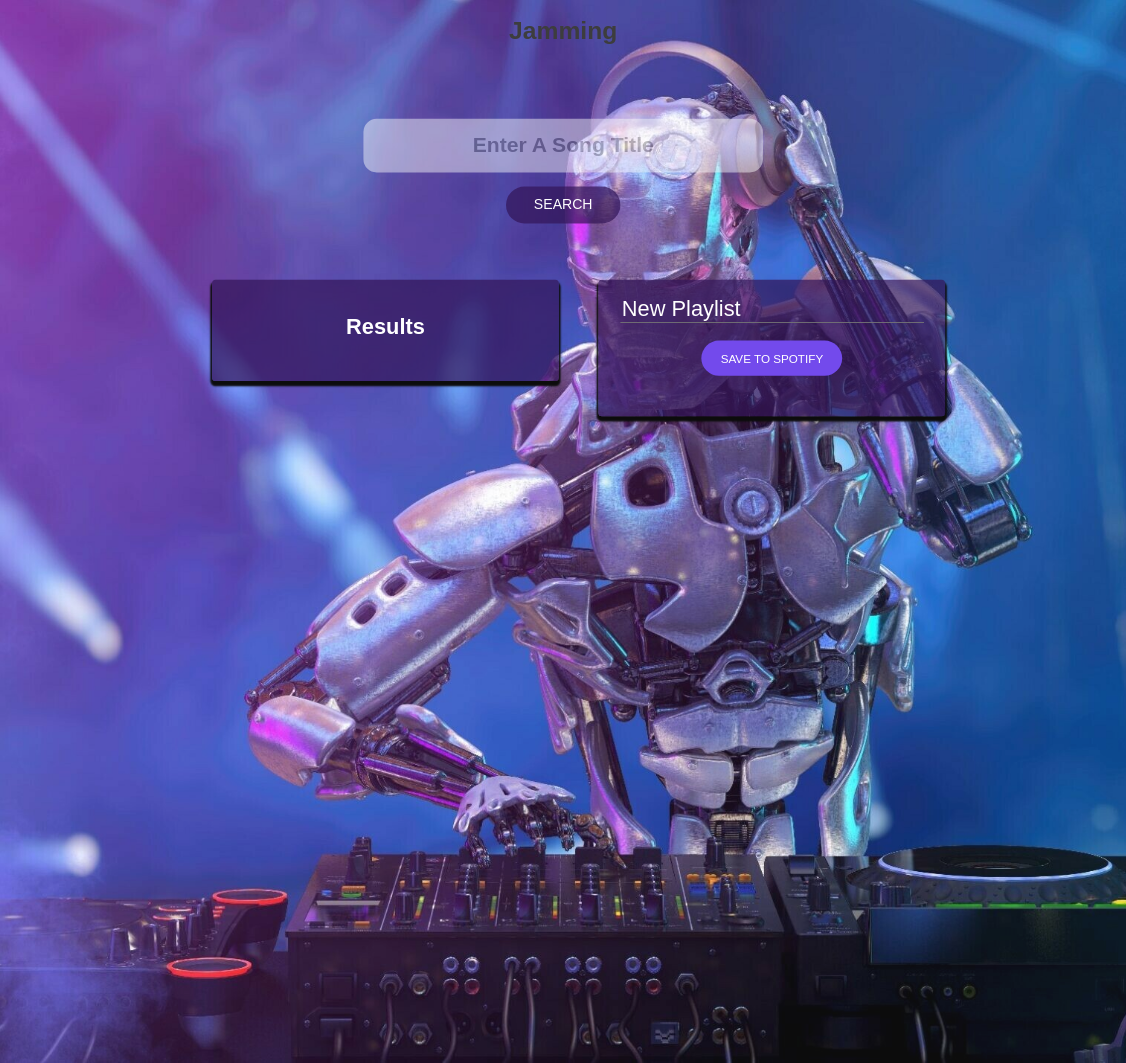
Repository: LolaSL/jamming
Page: /
The author's editor kept a copy of each file at every save. The page is drawn from the files as they stood at one save, then again after the next save.
The browser window is 1280 px wide. The pictures show the whole page, at 88% of full size.
The project was rebuilt for these pictures with package versions that can differ from the ones it lists, and the page was loaded fresh each time. Also part of the build but not shown: src/components/Track/Track.css, src/components/Track/Track.jsx.

Above is the page before, as saved 2023-06-23 17:57:57.

### src/App/App.js
import React, { useState, useCallback } from "react";
import "./App.css";

import Playlist from "../components/PlayList/PlayList.jsx";
import SearchBar from "../components/SearchBar/SearchBar";
import SearchResults from "../components/SearchResults/SearchResults";
import Spotify from "../utils/Spotify";

const App = () => {
  const [searchResults, setSearchResults] = useState([]);
  const [playlistName, setPlaylistName] = useState("New Playlist");
  const [playlistTracks, setPlaylistTracks] = useState([]);

  const search = useCallback(async (term) => {
    const results = await Spotify.search(term);
    setSearchResults(results);
  }, []);

  const addTrack = useCallback((track) => {
    if (playlistTracks.some((savedTrack) => savedTrack.id === track.id)) {
      return;
    }
    setPlaylistTracks((prevTracks) => [...prevTracks, track]);
  }, [playlistTracks]);

  const removeTrack = useCallback((track) => {
    setPlaylistTracks((prevTracks) =>
      prevTracks.filter((currentTrack) => currentTrack.id !== track.id)
    );
  }, []);

  const updatePlaylistName = useCallback((name) => {
    setPlaylistName(name);
  }, []);

  const savePlaylist = useCallback(async () => {
    const trackUris = playlistTracks.map((track) => track.uri);
    await Spotify.savePlaylist(playlistName, trackUris);
    setPlaylistName("New Playlist");
    setPlaylistTracks([]);
  }, [playlistName, playlistTracks]);

  return (
    <div className="App-container" data-testid="app-test">
      <h1>
        Jamming
      </h1>
      <SearchBar onSearch={search} />
      <div className="App-playlist">
          <SearchResults searchResults={searchResults} onAdd={addTrack} />
          <Playlist
            playlistName={playlistName}
            playlistTracks={playlistTracks}
            onNameChange={updatePlaylistName}
            onRemove={removeTrack}
            onSave={savePlaylist}
        />
      </div>
      </div>
  );
};

export default App;
;

### src/App/App.css
body,
html,
#root {
  height: 100%;

}

/* CSS for App-container */
.App-container {
  display: flex;
  flex-direction: column;
  align-items: center;
  padding: 20px;
  background-color: #f0f0f0;
  background-image: url('./background.jpg');
  height: 150%;
  padding: 0 17% 10% 17%;
  opacity: 0.95;
  background-size: cover;
  overflow: hidden;
  background-position: center;
  background-repeat: no-repeat;
  font-family: 'Work Sans', sans-serif;
  font-weight: 500;
  color: #56649f;
  text-align: center;
}

/* CSS for h1 */
h1 {
  font-size: 28px;
  margin-bottom: 20px;
  color: #333;
}

/* CSS for SearchBar */
.SearchBar {
  display: flex;
  justify-content: center;
  align-items: center;
  margin-bottom: 20px;
}

/* CSS for App-playlist */
.App-playlist {
  display: grid;
  grid-template-columns: 1fr 1fr;
  grid-gap:80px;
}

/* CSS for SearchResults and Playlist components */
.SearchResults,
.Playlist {
  background-color: #fff;
  padding: 20px;
  border-radius: 4px;
  box-shadow: 0 2px 4px rgba(0, 0, 0, 0.1);
}

/*
.App-container{
  flex-wrap: wrap;
  height: 150%;
  padding: 0 17% 10% 17%;
  background-image: url('./background.jpg');
  opacity: 0.95;
  background-size: cover;
  overflow: hidden;
  background-position: center;
  background-repeat: no-repeat;
  font-family: 'Work Sans', sans-serif;
  font-weight: 500;
  color: #56649f;
  text-align: center;
  max-width: 100%;

}
h1{
  font-family:'Segoe UI', Tahoma, Geneva, Verdana, sans-serif;
  text-transform: uppercase;
  letter-spacing: 20px;
  color: #ffffff;
  font-size: 4rem;
  margin-top: 60px;
}
.App-playlist{
  display: flex;
  flex-wrap: wrap;
  align-items: justify;
  column-gap: 30px;
  width:500px;
  margin: 0 auto;

}

@media screen and (max-width: 400px) {
  .App-container {
    width: 70%;
    height: auto;
    align-items: center;
  }
}

@media screen and (max-width: 800px) {
  .App-container {
    width:75%;
    height: auto;
    align-items: center;
  }
}
@media only screen and (max-width: 1220px) {
  .App-container {
    width: 90%;
    height: auto;
    align-items: center;
  }
}
@media only screen and (max-width: 1620px) {
  .App-container {
    width: 100%;
    height: auto;
    align-items: center;
  }
} */

### src/components/PlayList/PlayList.jsx
import React, { useCallback } from "react";
import PropTypes from "prop-types";
import "./PlayList.css";
import TrackList from "../TrackList/TrackList";

const Playlist = ({
  onNameChange,
  playlistTracks,
  onRemove,
  onSave
}) => {
  const handleNameChange = useCallback((event) => {
    onNameChange(event.target.value);
  }, [onNameChange]);

  return (
    <div className="Playlist">
      <input onChange={handleNameChange} defaultValue={"New Playlist"} />
      <TrackList
        tracks={playlistTracks}
        isRemoval={true}
        onRemove={onRemove}
      />
      <button className="Playlist-save" onClick={onSave}>
        SAVE TO SPOTIFY
      </button>
    </div>
  );
};

Playlist.propTypes = {
  onNameChange: PropTypes.func,
  playlistTracks: PropTypes.array,
  onRemove: PropTypes.func,
  onSave: PropTypes.func
};

export default Playlist;

### src/components/SearchBar/SearchBar.jsx
import React, { useState, useCallback } from "react";
import "./SearchBar.css";

const SearchBar = ({ onSearch }) => {
  const [term, setTerm] = useState("");

  const handleTermChange = useCallback((event) => {
    setTerm(event.target.value);
  }, []);

  const search = useCallback(() => {
    onSearch(term);
  }, [onSearch, term]);

  return (
    <div className="SearchBar">
      <input placeholder="Enter A Song Title" onChange={handleTermChange} />
      <button className="SearchButton" onClick={search}>
        SEARCH
      </button>
    </div>
  );
};

export default SearchBar;

### src/components/SearchResults/SearchResults.jsx
import React from "react";
import "./SearchResults.css";
import TrackList from "../TrackList/TrackList";

const SearchResults = ({ searchResults, onAdd }) => {
  return (
    <div className="SearchResults">
      <h2>Results</h2>
      <TrackList tracks={searchResults} onAdd={onAdd} />
    </div>
  );
};

export default SearchResults;

### src/utils/Spotify.js
const clientId = 'a18dfb23f21c4bf69aa0c5c6ac72acdc'; // Insert client ID here.
const redirectUri = 'http://localhost:3000/'; // Have to add this to your accepted Spotify redirect URIs on the Spotify API.

let accessToken;

const Spotify = {
  getAccessToken() {
    if (accessToken) {
      return accessToken;
    }

    const accessTokenMatch = window.location.href.match(/access_token=([^&]*)/);
    const expiresInMatch = window.location.href.match(/expires_in=([^&]*)/);
    if (accessTokenMatch && expiresInMatch) {
      accessToken = accessTokenMatch[1];
      const expiresIn = Number(expiresInMatch[1]);
      window.setTimeout(() => accessToken = '', expiresIn * 1000);
      window.history.pushState('Access Token', null, '/'); // This clears the parameters, allowing us to grab a new access token when it expires.
      return accessToken;
    } else {
      const accessUrl = `https://accounts.spotify.com/authorize?client_id=${clientId}&response_type=token&scope=playlist-modify-public&redirect_uri=${redirectUri}`;
      window.location = accessUrl;
    }
  },

  async search(term) {
    const accessToken = Spotify.getAccessToken();
    const response = await fetch(`https://api.spotify.com/v1/search?type=track&q=${term}`, {
      headers: {
        Authorization: `Bearer ${accessToken}`
      }
    });
    const jsonResponse = await response.json();
    if (!jsonResponse.tracks) {
      return [];
    }
    return jsonResponse.tracks.items.map(track => ({
      id: track.id,
      name: track.name,
      artist: track.artists[0].name,
      album: track.album.name,
      popularity: track.popularity,
      uri: track.uri
    }));
  },

  savePlaylist(name, trackUris) {
    if (!name || !trackUris.length) {
      return;
    }

    const accessToken = Spotify.getAccessToken();
    const headers = { Authorization: `Bearer ${accessToken}` };
    let userId;

    return fetch('https://api.spotify.com/v1/me', { headers: headers }
    ).then(response => response.json()
    ).then(jsonResponse => {
      userId = jsonResponse.id;
      return fetch(`https://api.spotify.com/v1/users/${userId}/playlists`, {
        headers: headers,
        method: 'POST',
        body: JSON.stringify({ name: name })
      }).then(response => response.json()
      ).then(jsonResponse => {
        const playlistId = jsonResponse.id;
        return fetch(`https://api.spotify.com/v1/users/${userId}/playlists/${playlistId}/tracks`, {
          headers: headers,
          method: 'POST',
          body: JSON.stringify({ uris: trackUris })
        });
      });
    });
  }
};

export default Spotify;

### src/components/PlayList/PlayList.css
.Playlist {
    display: flex;
    flex-direction: column;
    align-items: center;
    justify-items: center;
    overflow-y: scroll;
    width: 100%;
    max-height: 900px;
    padding: 1.1rem;
    background-color: rgba(40, 9, 80, 0.7);
    box-shadow: 0 4px 2px 2px #000000;

  }

  .Playlist input {
    width: 95%;
    border: 0;
    outline: 0;
    background: transparent;
    border-bottom: 1px solid #6f6f6f;
    font-family: 'Poppins', sans-serif;
    font-size: 1.55rem;
    color: #fff;
  }

  .Playlist-save {
    cursor: pointer;
    width: 10rem;
    padding: .77rem 0;
    border-radius: 54px;
    border-width: 0px;
    margin-top: 1.27rem;
    background-color: #6c41ec;
    text-align: center;
    font-size: .83rem;
    transition: background-color .25s;
    color: #fff;
    font-weight: 500;
  }

  .Playlist-save:hover {
    background-color: rgba(108, 65, 233, .7);
  }

  ::-webkit-scrollbar {
      width: 0px;
      background: transparent;
  }

  @media screen and (min-width: 400px) {
    .Playlist {
      width: 70%;
      height: auto;
      align-items: center;
    }
  }

  @media screen and (min-width: 800px) {
    .Playlist {
      width:75%;
      height: auto;
    }
  }
  @media only screen and (max-width: 1220px) {
    .Playlist {
      width: 90%;
      height: auto;
      align-items: center;
    }
  }
  @media only screen and (max-width: 1620px) {
    .Playlist {
      width: 100%;
      height: auto;
      align-items: center;
    }
  }

### src/components/TrackList/TrackList.jsx
import React from "react";
import PropTypes from "prop-types";
import "./TrackList.css";
import Track from "../Track/Track";

const TrackList = ({ tracks, onAdd, isRemoval, onRemove }) => {
  return (
    <div className="TrackList">
      {tracks.map((track, index) => (
        <Track
          key={index}
          track={track}
          onAdd={onAdd}
          isRemoval={isRemoval}
          onRemove={onRemove}
        />
      ))}
    </div>
  );
};

TrackList.propTypes = {
  tracks: PropTypes.array,
  onAdd: PropTypes.func,
  onRemove: PropTypes.func,
  isRemoval: PropTypes.bool,
};

export default TrackList;

### src/components/SearchBar/SearchBar.css
.SearchBar {
  display: flex;
  flex-direction: column;
  align-items: center;
  padding-top: 4rem;
  margin-bottom: 4rem;
}

.SearchBar input {
  width: 450px;
  height: 25px;
  padding:1rem 0;
  border: 2px solid #fff;
  border-radius: 15px;
  margin-bottom: 1rem;
  color: black;
  font-weight: 600;
  text-align: center;
  font-size: 1.5rem;
  opacity: 0.45;
  z-index: 1;
}

.SearchBar input:focus {
  outline: none;
}

.SearchButton {
  cursor: pointer;
  width: 8.11rem;
  padding: 0.77rem 0;
  border-radius: 54px;
  background-color: rgba(40, 9, 80, 0.7);
  text-align: center;
  font-size: 1rem;
  transition: background-color 0.25s;
  border: 0px;
  color: #fff;
  font-weight: 500;
}

.SearchButton:hover {
  background-color: rgba(108, 65, 233, 0.7);
}

### src/components/SearchResults/SearchResults.css
.SearchResults {
  display: flex;
  flex-direction: column;
  align-items: left;
  overflow-y: scroll;
  width: 38%;
  max-height: 900px;
  padding: 1.1rem;
  background-color: rgba(40, 9, 80, 0.7);
  box-shadow: 0 4px 2px 2px #000000;
  gap: 10px;

  }
  h2{
    font-family: 'Poppins', sans-serif;
    color: #ffffff;
    text-align: left;
    font-size: 1.55rem;
  }
  ::-webkit-scrollbar {
      width: 0px;
      background: transparent;
  }

  /* @media only screen and (max-width: 1020px) {
    .SearchResults {
      width: 90%;
      margin-bottom:2.5rem;
    }
  } */

  @media screen and (min-width: 400px) {
    .SearchResults {
      width: 70%;
      margin-bottom:1.5rem;
      align-items: center;
    }
  }

  @media screen and (min-width: 800px) {
    .SearchResults {
      width:75%;
      margin-bottom:2rem;
      align-items: center;
    }
  }
  @media only screen and (max-width: 1220px) {
    .SearchResults {
      width: 90%;
      margin-bottom:2.5rem;
      align-items: center;
    }
  }
  @media only screen and (max-width: 1620px) {
    .SearchResults {
      width: 100%;
      margin-bottom:2.5rem;
      align-items: center;
    }
  }

### src/components/TrackList/TrackList.css
.TrackList {
    width: 100%;
    overflow-y: scroll;
  }

  @media screen and (max-width: 400px) {
    .TrackList {
      width: 70%;
      height: auto;
      align-items: center;
    }
  }

  @media screen and (max-width: 800px) {
    .TrackList {
      width:75%;
      height: auto;
      align-items: center;
    }
  }
  @media only screen and (max-width: 1220px) {
    .TrackList {
      width: 90%;
      height: auto;
      align-items: center;
    }
  }
  @media only screen and (max-width: 1620px) {
    .TrackList {
      width: 100%;
      height: auto;
      align-items: center;
    }
  }

Loaded but not shown: public/index.html (common file); src/index.js (common file); src/index.css (common file); src/reportWebVitals.js (common file)

After the next save:
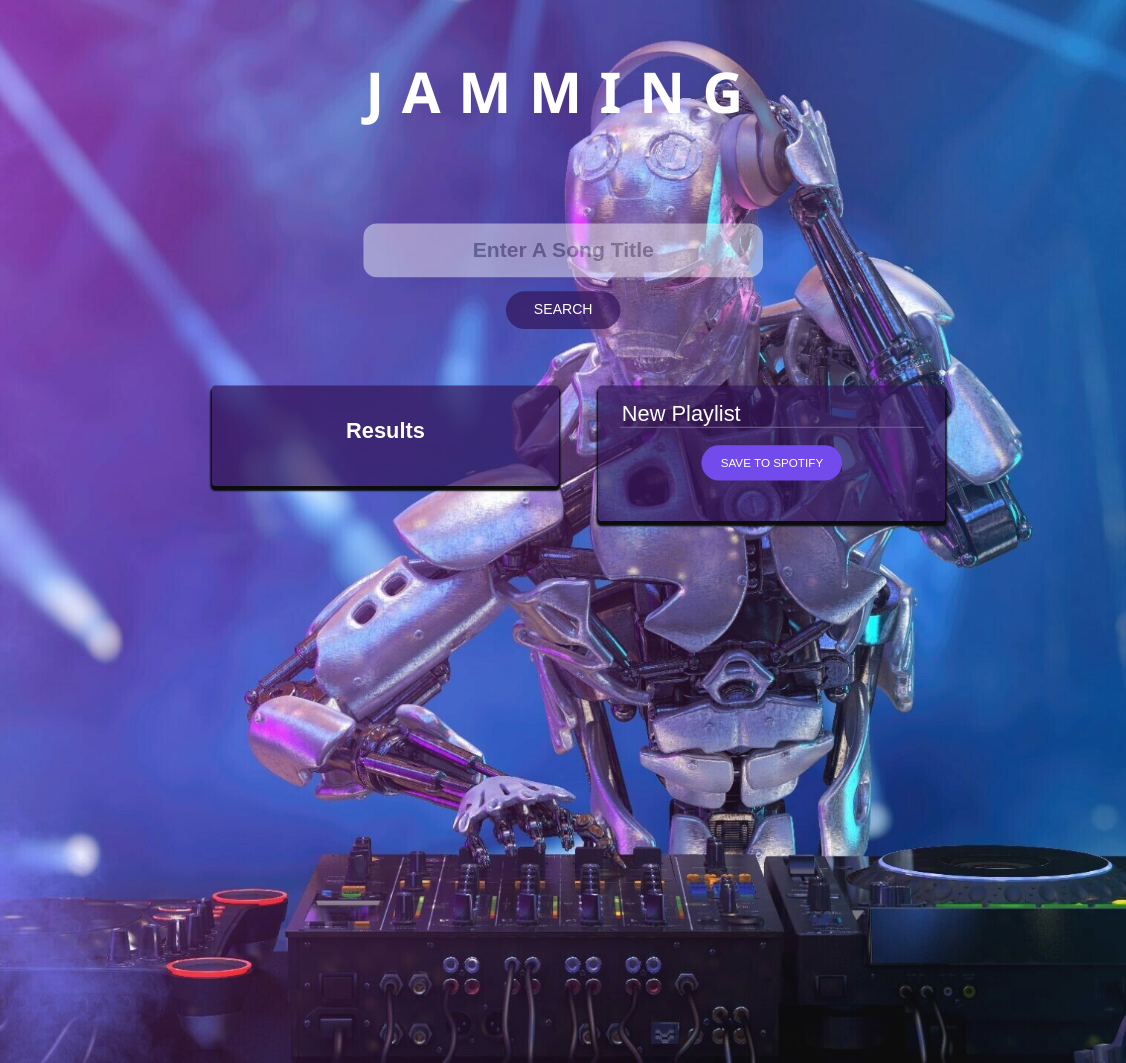
Saved 30 s later.
--- a/src/App/App.css
+++ b/src/App/App.css
@@ -28,9 +28,12 @@ html,
 
 /* CSS for h1 */
 h1 {
-  font-size: 28px;
-  margin-bottom: 20px;
-  color: #333;
+  font-family:'Segoe UI', Tahoma, Geneva, Verdana, sans-serif;
+  text-transform: uppercase;
+  letter-spacing: 20px;
+  color: #ffffff;
+  font-size: 4rem;
+  margin-top: 60px;
 }
 
 /* CSS for SearchBar */
